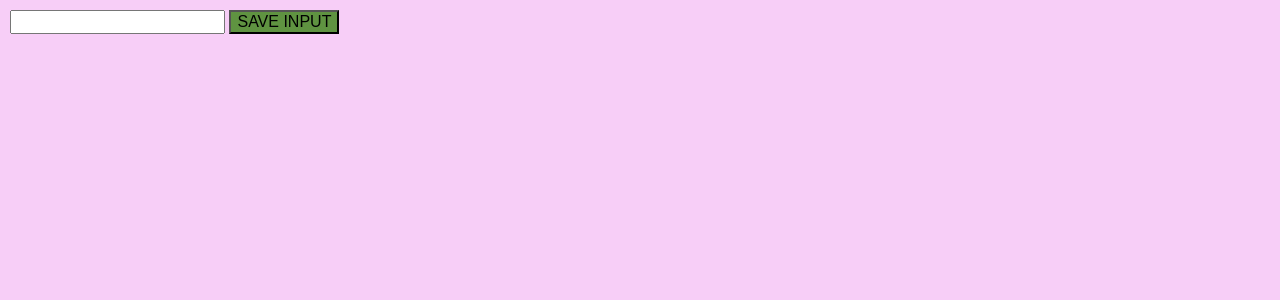
Repository: jt010051/chromeExtension
Page: index.html
An editor plug-in stored every save of this project. The page is shown before and after the next save, followed by the edit.
The browser window is 1280 px wide. The pictures show the whole page.

Above is the page before, as saved 2022-02-27 17:10:01.
Not found: index.js

After the next save:
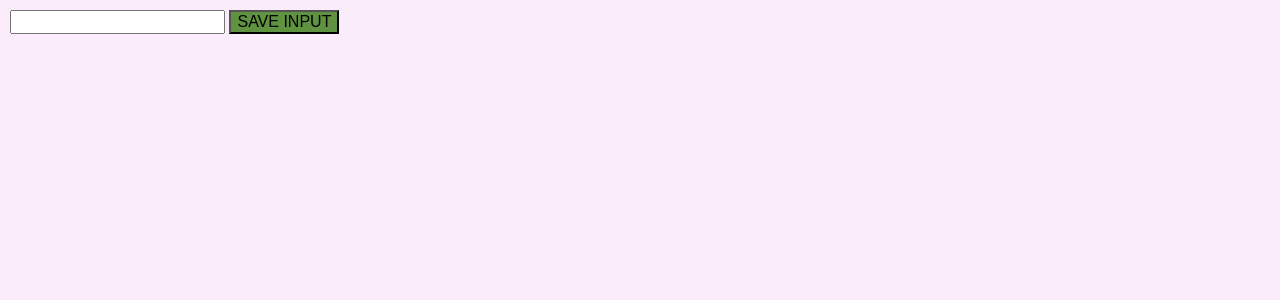
Saved 10 s later.
--- a/index.css
+++ b/index.css
@@ -2,7 +2,7 @@ body {
     margin: 0;
     padding: 10px;
     font-family: Arial, Helvetica, sans-serif;
-background-color: rgb(247, 206, 247);}
+background-color: rgb(250, 236, 250);}
 
 
 
